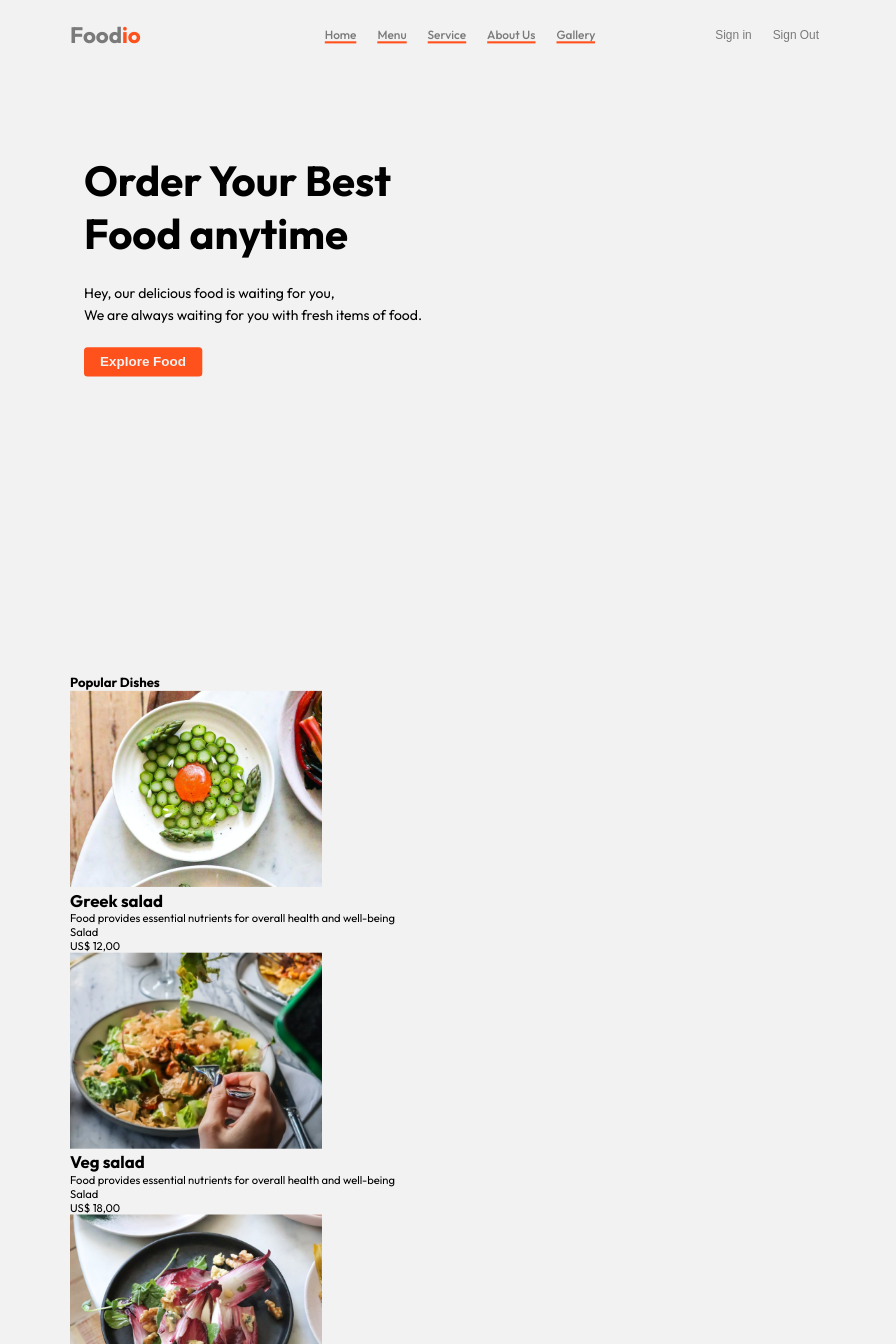
Repository: guilhermecardoso93/foodio
Page: /
An editor plug-in stored every save of this project. The page is shown before and after the next save, followed by the edit.
The browser window is 1280 px wide. The pictures show the part of the page from y = 0 to 1920 px (the page is 12955 px tall before and 12959 px after), at 70% of full size.
The project was rebuilt for these pictures with package versions that can differ from the ones it lists, and the page was loaded fresh each time. Also part of the build but not shown: vite.config.js, src/index.css.

Above is the page before, as saved 2024-11-05 19:38:26.

### index.html
<!doctype html>
<html lang="en">

<head>
    <meta charset="UTF-8" />
    <link rel="icon" type="image/svg+xml" href="/" />
    <link rel="preconnect" href="https://fonts.googleapis.com">
    <link rel="preconnect" href="https://fonts.gstatic.com" crossorigin>
    <link href="https://fonts.googleapis.com/css2?family=Inter:ital,opsz,wght@0,14..32,100..900;1,14..32,100..900&family=Outfit:wght@100..900&display=swap" rel="stylesheet">
    <meta name="viewport" content="width=device-width, initial-scale=1.0" />
    <title>Foodio</title>
</head>

<body>
    <div id="root"></div>
    <script type="module" src="/src/main.jsx"></script>
</body>

</html>

### src/main.jsx
import { StrictMode } from "react";
import { createRoot } from "react-dom/client";
import { App } from "./App.jsx";

import "./index.css";
createRoot(document.getElementById("root")).render(
  <StrictMode>
    <App />
  </StrictMode>
);

### src/App.jsx
import "./App.css";
import { Main } from "./components/Main";
import { Menu } from "./components/Menu";

export function App() {
  return (
    <>
      <Menu />
      <Main />
    </>
  );
}

### src/App.css
*, ::after, ::before {
  margin: 0;
  padding: 0;
  box-sizing: border-box;
}

body {
  margin: 0 100px;
  background-color: #f2f2f2;
  font-family: "Outfit", serif;
}

### src/components/Main/index.jsx
import imagem1 from "../../assets/images/image1.png";
import imagem5 from "../../assets/images/image5.png";
import imagem4 from "../../assets/images/image4.png";
import { food_list } from "../../assets/assets";
import { CardItem } from "../CardItem";

import "./styles.css";

export function Main() {
  return (
    <main>
      <section className='grid'>
        <div className="content">
          <div className="content-left">
            <div className="info">
              <h2>
                Order Your Best
                <br />
                Food anytime
              </h2>
              <p>
                Hey, our delicious food is waiting for you, <br /> We are always
                waiting for you with fresh items of food.
              </p>
            </div>
            <button>Explore Food</button>
            <div className="content-right">
              <img src={imagem1} alt="" />
              <img src={imagem5} alt="" />
              <img src={imagem4} alt="" />
            </div>
          </div>
        </div>
      </section>
      <section className="category">
        <div className="list-items">
          <h3>Popular Dishes</h3>
          {food_list.map((item, index) => {
            return (
              <CardItem
                image={item.image}
                name={item.name}
                price={item.price}
                description={item.description}
                category={item.category}
                key={index}
              />
            );
          })}
        </div>
      </section>
    </main>
  );
}

### src/components/Menu/index.jsx
import "./styles.css";

export function Menu() {
  function toggleMenu() {}

  return (
    <navbar>
      <div className="navbar-logo">
        <h1>
          Food<b>io</b>
        </h1>
      </div>
      <div className="hamburguer" onClick={toggleMenu()}>
        <span className="bar"></span>
        <span className="bar"></span>
        <span className="bar"></span>
      </div>
      <ul className="navbar-link">
        <li className="active">
          <a href="/">Home</a>
        </li>
        <li className="active">
          <a href="/">Menu</a>
        </li>
        <li className="active">
          <a href="/">Service</a>
        </li>
        <li className="active">
          <a href="/">About Us</a>
        </li>
        <li className="active">
          <a href="/">Gallery</a>
        </li>
      </ul>
      <div className="auth-buttons">
        <input type="submit" className="sign" value="Sign in" name="signin" />
        <input type="submit" className="sign" value="Sign Out" name="signout" />
      </div>
    </navbar>
  );
}

### src/assets/assets.js

import food_1 from './food/food_1.png'
import food_2 from './food/food_2.png'
import food_3 from './food/food_3.png'
import food_4 from './food/food_4.png'
import food_5 from './food/food_5.png'
import food_6 from './food/food_6.png'
import food_7 from './food/food_7.png'
import food_8 from './food/food_8.png'
import food_9 from './food/food_9.png'
import food_10 from './food/food_10.png'
import food_11 from './food/food_11.png'
import food_12 from './food/food_12.png'
import food_13 from './food/food_13.png'
import food_14 from './food/food_14.png'
import food_15 from './food/food_15.png'
import food_16 from './food/food_16.png'
import food_17 from './food/food_17.png'
import food_18 from './food/food_18.png'
import food_19 from './food/food_19.png'
import food_20 from './food/food_20.png'
import food_21 from './food/food_21.png'
import food_22 from './food/food_22.png'
import food_23 from './food/food_23.png'
import food_24 from './food/food_24.png'
import food_25 from './food/food_25.png'
import food_26 from './food/food_26.png'
import food_27 from './food/food_27.png'
import food_28 from './food/food_28.png'
import food_29 from './food/food_29.png'
import food_30 from './food/food_30.png'
import food_31 from './food/food_31.png'
import food_32 from './food/food_32.png'


export const food_list = [
    {
        _id: "1",
        name: "Greek salad",
        image: food_1,
        price: 12,
        description: "Food provides essential nutrients for overall health and well-being",
        category: "Salad"
    },
    {
        _id: "2",
        name: "Veg salad",
        image: food_2,
        price: 18,
        description: "Food provides essential nutrients for overall health and well-being",
        category: "Salad"
    }, {
        _id: "3",
        name: "Clover Salad",
        image: food_3,
        price: 16,
        description: "Food provides essential nutrients for overall health and well-being",
        category: "Salad"
    }, {
        _id: "4",
        name: "Chicken Salad",
        image: food_4,
        price: 24,
        description: "Food provides essential nutrients for overall health and well-being",
        category: "Salad"
    }, {
        _id: "5",
        name: "Lasagna Rolls",
        image: food_5,
        price: 14,
        description: "Food provides essential nutrients for overall health and well-being",
        category: "Rolls"
    }, {
        _id: "6",
        name: "Peri Peri Rolls",
        image: food_6,
        price: 12,
        description: "Food provides essential nutrients for overall health and well-being",
        category: "Rolls"
    }, {
        _id: "7",
        name: "Chicken Rolls",
        image: food_7,
        price: 20,
        description: "Food provides essential nutrients for overall health and well-being",
        category: "Rolls"
    }, {
        _id: "8",
        name: "Veg Rolls",
        image: food_8,
        price: 15,
        description: "Food provides essential nutrients for overall health and well-being",
        category: "Rolls"
    }, {
        _id: "9",
        name: "Ripple Ice Cream",
        image: food_9,
        price: 14,
        description: "Food provides essential nutrients for overall health and well-being",
        category: "Deserts"
    }, {
        _id: "10",
        name: "Fruit Ice Cream",
        image: food_10,
        price: 22,
        description: "Food provides essential nutrients for overall health and well-being",
        category: "Deserts"
    }, {
        _id: "11",
        name: "Jar Ice Cream",
        image: food_11,
        price: 10,
        description: "Food provides essential nutrients for overall health and well-being",
        category: "Deserts"
    }, {
        _id: "12",
        name: "Vanilla Ice Cream",
        image: food_12,
        price: 12,
        description: "Food provides essential nutrients for overall health and well-being",
        category: "Deserts"
    },
    {
        _id: "13",
        name: "Chicken Sandwich",
        image: food_13,
        price: 12,
        description: "Food provides essential nutrients for overall health and well-being",
        category: "Sandwich"
    },
    {
        _id: "14",
        name: "Vegan Sandwich",
        image: food_14,
        price: 18,
        description: "Food provides essential nutrients for overall health and well-being",
        category: "Sandwich"
    }, {
        _id: "15",
        name: "Grilled Sandwich",
        image: food_15,
        price: 16,
        description: "Food provides essential nutrients for overall health and well-being",
        category: "Sandwich"
    }, {
        _id: "16",
        name: "Bread Sandwich",
        image: food_16,
        price: 24,
        description: "Food provides essential nutrients for overall health and well-being",
        category: "Sandwich"
    }, {
        _id: "17",
        name: "Cup Cake",
        image: food_17,
        price: 14,
        description: "Food provides essential nutrients for overall health and well-being",
        category: "Cake"
    }, {
        _id: "18",
        name: "Vegan Cake",
        image: food_18,
        price: 12,
        description: "Food provides essential nutrients for overall health and well-being",
        category: "Cake"
    }, {
        _id: "19",
        name: "Butterscotch Cake",
        image: food_19,
        price: 20,
        description: "Food provides essential nutrients for overall health and well-being",
        category: "Cake"
    }, {
        _id: "20",
        name: "Sliced Cake",
        image: food_20,
        price: 15,
        description: "Food provides essential nutrients for overall health and well-being",
        category: "Cake"
    }, {
        _id: "21",
        name: "Garlic Mushroom ",
        image: food_21,
        price: 14,
        description: "Food provides essential nutrients for overall health and well-being",
        category: "Pure Veg"
    }, {
        _id: "22",
        name: "Fried Cauliflower",
        image: food_22,
        price: 22,
        description: "Food provides essential nutrients for overall health and well-being",
        category: "Pure Veg"
    }, {
        _id: "23",
        name: "Mix Veg Pulao",
        image: food_23,
        price: 10,
        description: "Food provides essential nutrients for overall health and well-being",
        category: "Pure Veg"
    }, {
        _id: "24",
        name: "Rice Zucchini",
        image: food_24,
        price: 12,
        description: "Food provides essential nutrients for overall health and well-being",
        category: "Pure Veg"
    },
    {
        _id: "25",
        name: "Cheese Pasta",
        image: food_25,
        price: 12,
        description: "Food provides essential nutrients for overall health and well-being",
        category: "Pasta"
    },
    {
        _id: "26",
        name: "Tomato Pasta",
        image: food_26,
        price: 18,
        description: "Food provides essential nutrients for overall health and well-being",
        category: "Pasta"
    }, {
        _id: "27",
        name: "Creamy Pasta",
        image: food_27,
        price: 16,
        description: "Food provides essential nutrients for overall health and well-being",
        category: "Pasta"
    }, {
        _id: "28",
        name: "Chicken Pasta",
        image: food_28,
        price: 24,
        description: "Food provides essential nutrients for overall health and well-being",
        category: "Pasta"
    }, {
        _id: "29",
        name: "Buttter Noodles",
        image: food_29,
        price: 14,
        description: "Food provides essential nutrients for overall health and well-being",
        category: "Noodles"
    }, {
        _id: "30",
        name: "Veg Noodles",
        image: food_30,
        price: 12,
        description: "Food provides essential nutrients for overall health and well-being",
        category: "Noodles"
    }, {
        _id: "31",
        name: "Somen Noodles",
        image: food_31,
        price: 20,
        description: "Food provides essential nutrients for overall health and well-being",
        category: "Noodles"
    }, {
        _id: "32",
        name: "Cooked Noodles",
        image: food_32,
        price: 15,
        description: "Food provides essential nutrients for overall health and well-being",
        category: "Noodles"
    }
]

### src/components/CardItem/index.jsx
export function CardItem({ image, name, price, description, category }) {
  const formatarPreco = (valor) => {
    return new Intl.NumberFormat("pt-BR", {
      style: "currency",
      currency: "USD",
    }).format(valor);
  };
  return (
    <div className="card-list">
      <img src={image} alt="" />
      <div className="food-title">
        <h1>{name}</h1>
      </div>
      <div className="desc-food">
        <p>{description}</p>
        <p>{category}</p>
      </div>
      <div className="price">
        <span>{formatarPreco(price)}</span>
      </div>
    </div>
  );
}

### src/components/Main/styles.css
.content {
  display: grid;
  grid-template-columns: 50% auto;
  margin-top: 100px;
  gap: 30px;
  align-items: center;
  justify-content: space-between;
  width: 100%;
}

.content-left {
  display: block;
  width: 100%;
}

.content-left .info {
  max-width: 100%;
  display: flex;
  flex-direction: column;
}

.content-left .info h2 {
  font-size: 60px;
  margin-bottom: 30px;
}

.content-left .info p {
  font-size: 20px;
  line-height: 2pc;
  margin-bottom: 30px;
}

.content-left button {
  padding: 10px 23px;
  background-color: #ff511c;
  color: #f2f2f2;
  border-radius: 5px;
  border: none;
  cursor: pointer;
  font-weight: 600;
  font-size: 1.2rem;
  margin-bottom: 5px;
}

.content-left button:hover {
  color: #ff511c;
  background-color: #f2f2f2;
  border: solid 2px #ff511c;
  padding: 8px 21px;
}

.grid {
  width: 100%;
  max-width: 1200px;
  margin: 0 auto;
  padding: 20px;
}

.content-right {
  position: relative;
  height: 400px;
  width: 400px;
  display: flex;
  justify-content: center;
  align-items: center;
}

.content-right img {
  position: absolute;
  width: 100%;
  height: 100%;
  object-fit: cover;
  opacity: 0;
  animation: imageSwitch 15s infinite steps(1), rotate 3s liner infinite;
  transform-origin: center center;
}

.content-right img:nth-child(1) {
  animation-delay: 0s;
}

.content-right img:nth-child(2) {
  animation-delay: 5s;
}

.content-right img:nth-child(3) {
  animation-delay: 10s;
}

### src/components/Menu/styles.css
navbar {
  width: 100%;
  display: flex;
  justify-content: space-between;
  align-items: center;
  padding: 30px 0;
}

.navbar-logo {
  font-weight: 600;
  color: rgb(122, 122, 122);
}

.navbar-logo b {
  color: #ff511c;
}

.navbar-link {
  display: flex;
  list-style: none;
}

.navbar-link li {
  margin-right: 30px;
}

.navbar-link li a {
  text-decoration: none;
  color: rgb(122, 122, 122);
  font-weight: 500;
  font-size: 17px;
}

.navbar-link li a:hover {
  color: #ff511c;
}

.navbar-link .active::after {
  content: "";
  width: 100%;
  height: 3px;
  background-color: #ff511c;
  display: flex;
  position: relative;
  margin-top: 3x;
}

.auth-buttons {
  display: flex;
  align-items: center;
  gap: 10px;
}

input {
  padding: 10px;
  cursor: pointer;
  font-weight: 600;
}

.sign {
  background: transparent;
  border: none;
  color: rgb(122, 122, 122);
  font-weight: 500;
  font-size: 17px;
  text-decoration: none;
}

.sign:hover {
  background-color: #ff511c;
  border-radius: 10px;
  color: black;
}

After the next save:
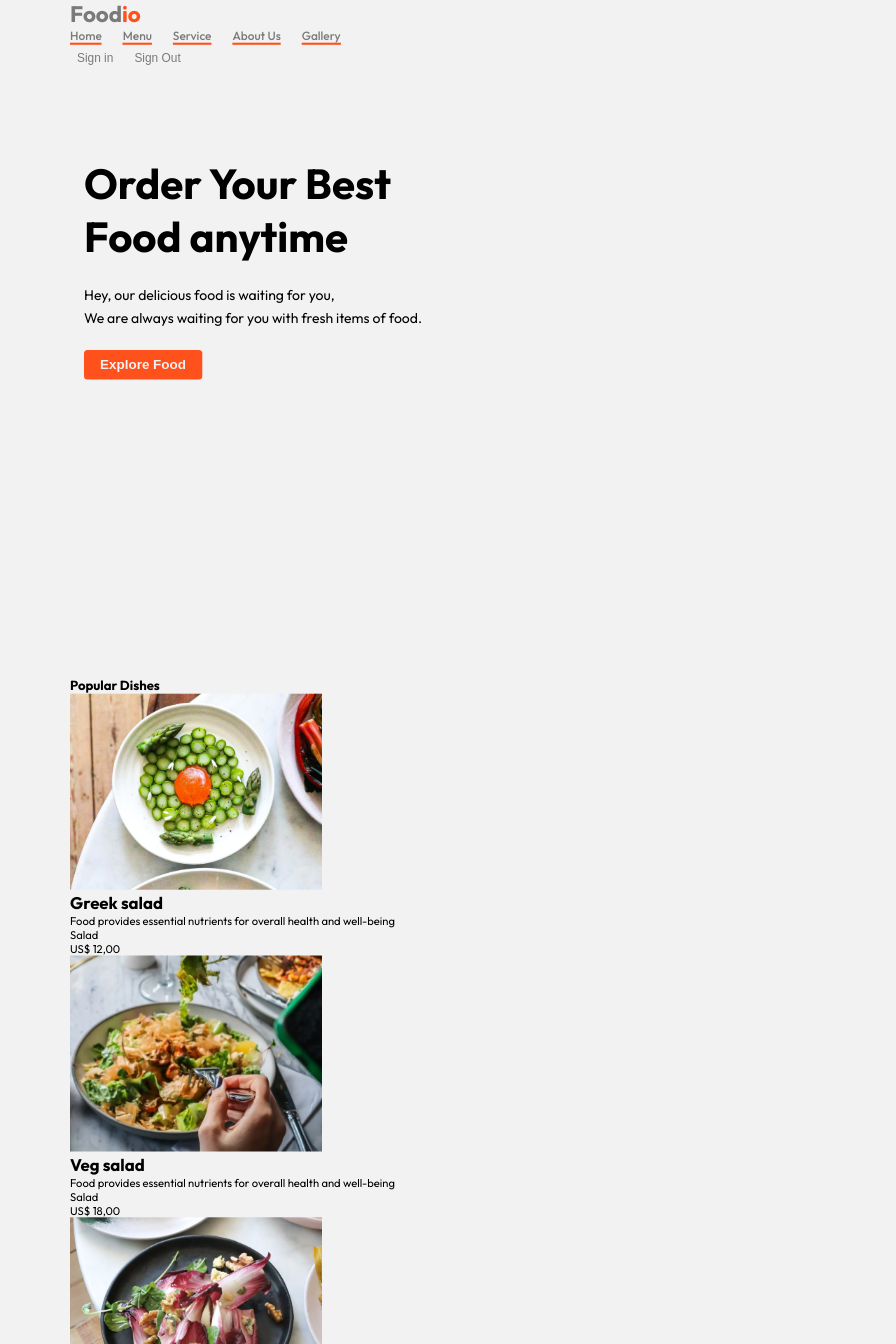
Saved 3 min 27 s later.
--- a/src/components/Menu/index.jsx
+++ b/src/components/Menu/index.jsx
@@ -4,7 +4,7 @@
   function toggleMenu() {}
 
   return (
-    <navbar>
+    <div>
       <div className="navbar-logo">
         <h1>
           Food<b>io</b>
@@ -36,6 +36,6 @@
         <input type="submit" className="sign" value="Sign in" name="signin" />
         <input type="submit" className="sign" value="Sign Out" name="signout" />
       </div>
-    </navbar>
+    </div>
   );
 }

After the 2 saves that followed:
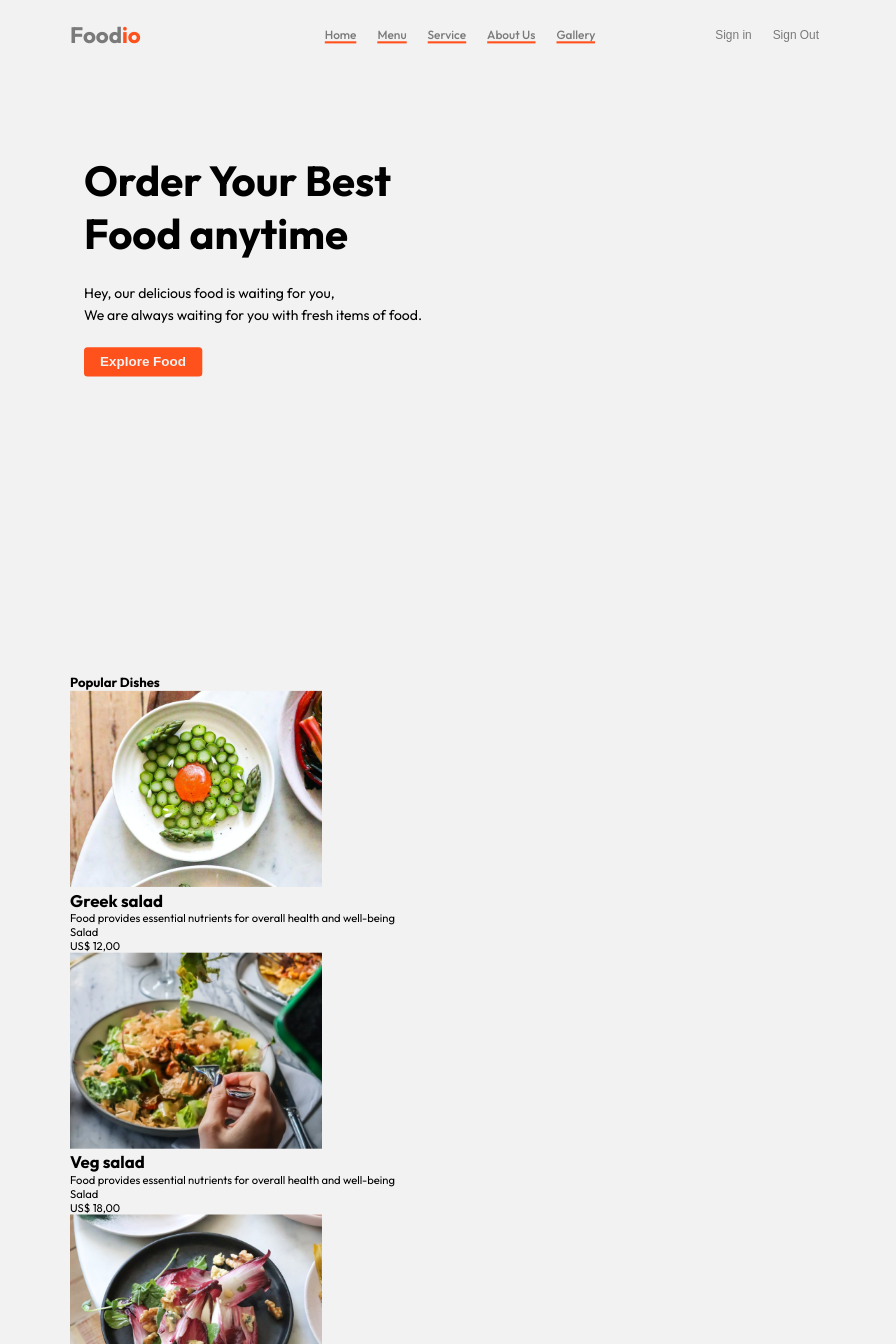
The 2 saves are shown as one change because 1 left the picture as it was.
The last was saved 17 s later.
--- a/src/components/Menu/index.jsx
+++ b/src/components/Menu/index.jsx
@@ -4,7 +4,7 @@
   function toggleMenu() {}
 
   return (
-    <div>
+    <div className='navbar'>
       <div className="navbar-logo">
         <h1>
           Food<b>io</b>
--- a/src/components/Menu/styles.css
+++ b/src/components/Menu/styles.css
@@ -1,4 +1,4 @@
-navbar {
+.navbar {
   width: 100%;
   display: flex;
   justify-content: space-between;
